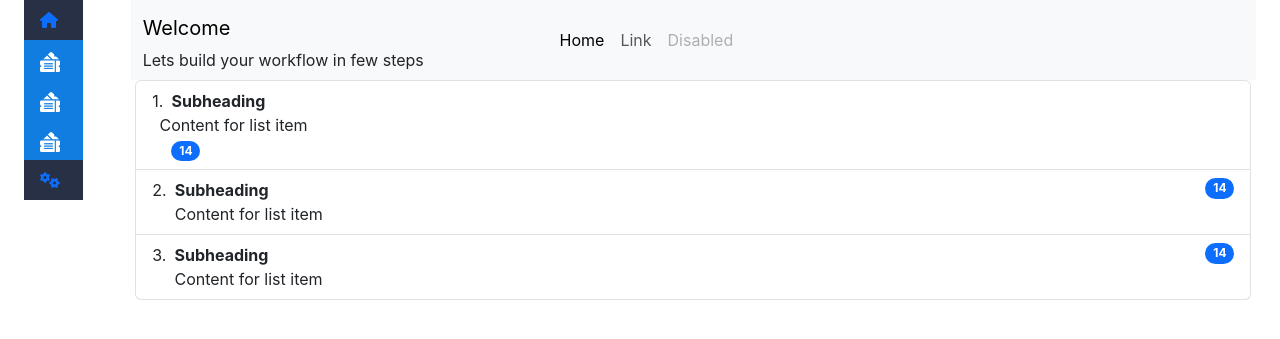
Repository: rishikarajeev/GL_HelpDesk
Page: /showtickets
An editor plug-in stored every save of this project. The page is shown before and after the next save, followed by the edit.
The browser window is 1280 px wide. The pictures show the whole page.
The project was rebuilt for these pictures with package versions that can differ from the ones it lists, and the page was loaded fresh each time. Also part of the build but not shown: src/App.css, src/Pages/HomePage.jsx.

Above is the page before, as saved 2024-01-08 20:55:25.

After the next save:
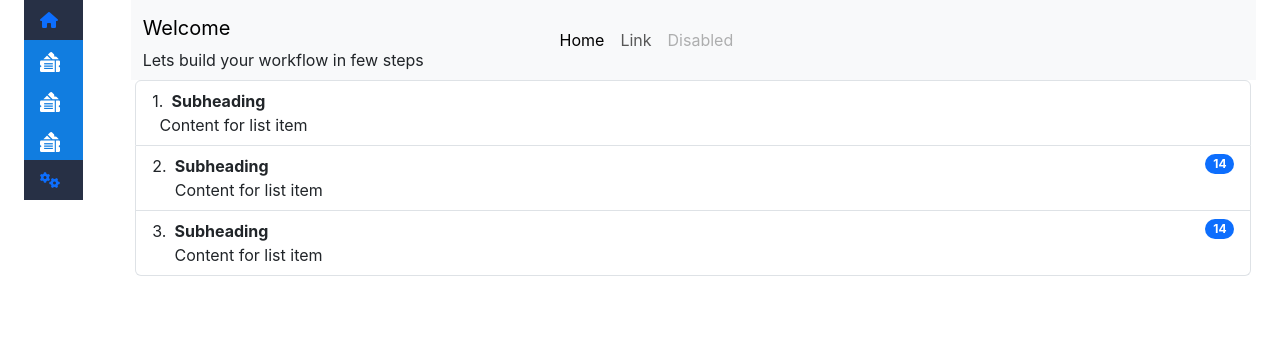
Saved 58 s later.
--- a/src/Pages/ViewTickets.jsx
+++ b/src/Pages/ViewTickets.jsx
@@ -18,9 +18,7 @@
     </div>
     </div>
     </div>
-    <div className='col'>
-    <span class="badge bg-primary rounded-pill">14</span>
-    </div>
+
     </div>
   </li>
   <li class="list-group-item d-flex justify-content-between align-items-start">

After the 3 saves that followed:
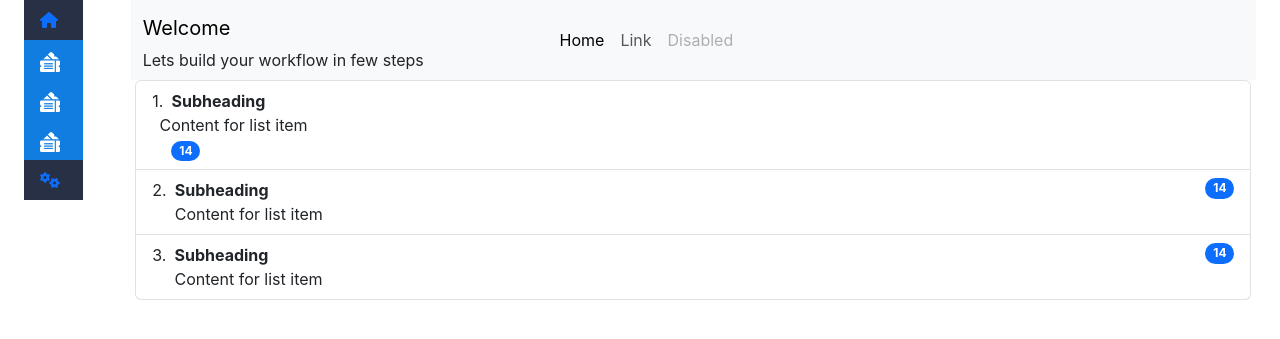
The 3 saves are shown as one change because 1 did not build or start and 1 left the picture as it was.
The last was saved 23 s later.
--- a/src/Pages/ViewTickets.jsx
+++ b/src/Pages/ViewTickets.jsx
@@ -18,7 +18,9 @@
     </div>
     </div>
     </div>
-
+    <div className='col'>
+    <span class="badge bg-primary rounded-pill">14</span>
+    </div>
     </div>
   </li>
   <li class="list-group-item d-flex justify-content-between align-items-start">
